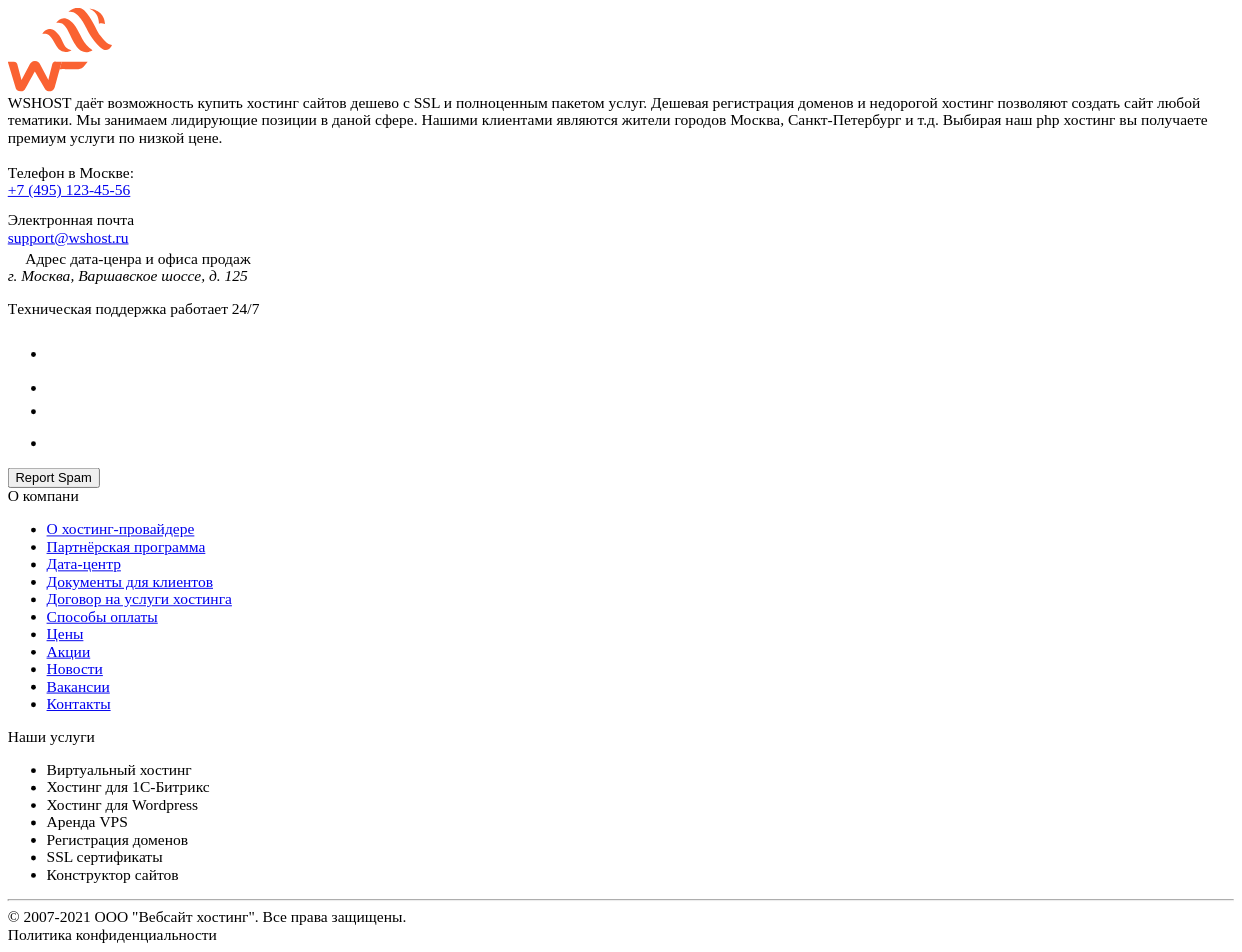
Repository: Inzhir2022/hosting
Page: src/_includes/_footer.html
These files come from the project's save history. The page is drawn as it stood at one moment and after the next save; the edit follows.
The browser window is 1280 px wide. The pictures show the whole page, at 97% of full size.

Above is the page before, as saved 2022-07-18 09:46:11.

### src/_includes/_footer.html
<footer class="footer">
  <div class="container">
    <div class="footer__logo logo">
      <a href="#" class="logo__link">
        <img src="../img/logo.svg" alt="hosting logo">
      </a>
    </div>
    <div class="footer__minitext minitext">
      WSHOST даёт возможность купить хостинг сайтов дешево с SSL и полноценным пакетом услуг. Дешевая регистрация доменов и недорогой хостинг позволяют создать сайт любой тематики. Мы занимаем лидирующие позиции в даной сфере. Нашими клиентами являются жители городов Москва, Санкт-Петербург и т.д. Выбирая наш php хостинг вы получаете премиум услуги по низкой цене.
    </div>
    <div class="footer__contacts">
      <div class="footer__phone phone">
        <span class="footer__icon"><img src="../img/phone.svg" alt="phone icon">
        </span>
        <div class="minitext">Телефон в Москве:</div>
        <a href="tel:84951234556" class="footer__link">+7 (495) 123-45-56</a>
      </div>
      <div class="footer__mail email">
        <span class="footer__icon"><img src="../img/mail.svg" alt="mail icon"></span></a>
        <div class="minitext"> Электронная почта</div>
        <a href="mailto:support@wshost.ru" class="footer__link">support@wshost.ru</a>
      </div>
      <div class="footer__address address">
        <span class="footer__icon"><img src="../img/address.svg" alt="mail icon"></span></a>
        Адрес дата-ценра и офиса продаж
        <address>г. Москва, Варшавское шоссе, д. 125</address>
      </div>
      <p>Tехническая поддержка работает 24/7</p>
    </div>
    <div class="footer__social">
      <ul class="footer__social-list">
        <li class="footer__social-item">
          <a href="#"><img src="../img/twitter.svg" alt="twitter"></a>
        </li>
        <li class="footer__social-item"><a href="#"><img src="../img/instagram.svg" alt="instagram"></a></li>
        <li class="footer__social-item"><a href="#"><img src="../img/vk.svg" alt="vk"></a></li>
        <li class="footer__social-item"><a href="#"><img src="../img/facebook.svg" alt="facebook"></a></li>
      </ul>
    </div>
    <button class="btn btn_small footer__btn">Report Spam</button>
    <nav class="footer__menu menu-about">
      <div class="footer__menu menu-about__header">О компани</div>
      <ul class="footer__menu menu-about__list">
        <li class="footer__menu menu-about__item"><a href="#" class="menu-about__link">О хостинг-провайдере</a></li>
        <li class="footer__menu menu-about__item"><a href="#" class="menu-about__link">Партнёрская программа</a></li>
        <li class="footer__menu menu-about__item"><a href="#" class="menu-about__link">Дата-центр</a></li>
        <li class="footer__menu menu-about__item"><a href="#" class="menu-about__link">Документы для клиентов</a></li>
        <li class="footer__menu menu-about__item"><a href="#" class="menu-about__link">Договор на услуги хостинга</a></li>
        <li class="footer__menu menu-about__item"><a href="#" class="menu-about__link">Способы оплаты</a></li>
        <li class="footer__menu menu-about__item"><a href="#" class="menu-about__link">Цены</a></li>
        <li class="footer__menu menu-about__item"><a href="#" class="menu-about__link">Акции</a></li>
        <li class="footer__menu menu-about__item"><a href="#" class="menu-about__link">Новости</a></li>
        <li class="footer__menu menu-about__item"><a href="#" class="menu-about__link">Вакансии</a></li>
        <li class="footer__menu menu-about__item"><a href="#" class="menu-about__link">Контакты</a></li>
      </ul>
    </nav>
    <nav class="footer__menu menu-services">
      <div class="footer__menu menu-services__header">Наши услуги</div>
      <ul class="menu-services__list">
        <li class="menu-services__item"><a href="#" class="menu-services__link"></a>Виртуальный хостинг</li>
        <li class="menu-services__item"><a href="#" class="menu-services__link"></a>Хостинг для 1С-Битрикс</li>
        <li class="menu-services__item"><a href="#" class="menu-services__link"></a>Хостинг для Wordpress</li>
        <li class="menu-services__item"><a href="#" class="menu-services__link"></a>Аренда VPS</li>
        <li class="menu-services__item"><a href="#" class="menu-services__link"></a>Регистрация доменов</li>
        <li class="menu-services__item"><a href="#" class="menu-services__link"></a>SSL сертификаты</li>
        <li class="menu-services__item"><a href="#" class="menu-services__link"></a>Конструктор сайтов</li>
      </ul>
    </nav>
    <hr class="footer__hr">
    <div class="footer__copyrights">&copy; 2007-2021 ООО "Вебсайт хостинг". Все права защищены.
    </div>
    <div class="footer__policy">Политика конфиденциальности</div>
  </div>
</footer>

After the next save:
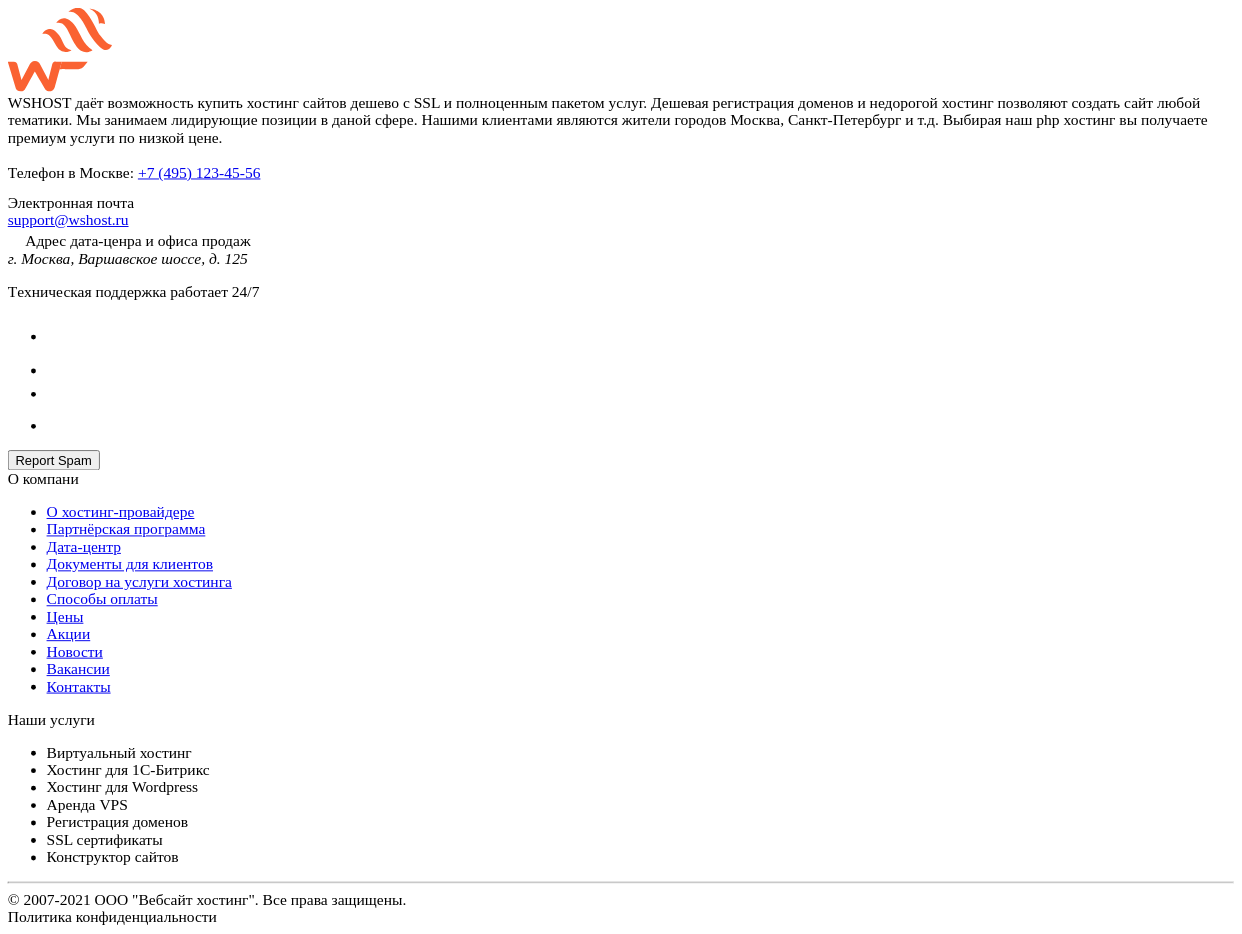
Saved 6 min 53 s later.
--- a/src/_includes/_footer.html
+++ b/src/_includes/_footer.html
@@ -12,8 +12,9 @@
       <div class="footer__phone phone">
         <span class="footer__icon"><img src="../img/phone.svg" alt="phone icon">
         </span>
-        <div class="minitext">Телефон в Москве:</div>
-        <a href="tel:84951234556" class="footer__link">+7 (495) 123-45-56</a>
+        <div class="minitext">Телефон в Москве:
+          <a href="tel:84951234556" class="footer__link">+7 (495) 123-45-56</a>
+        </div>
       </div>
       <div class="footer__mail email">
         <span class="footer__icon"><img src="../img/mail.svg" alt="mail icon"></span></a>

After the save that followed:
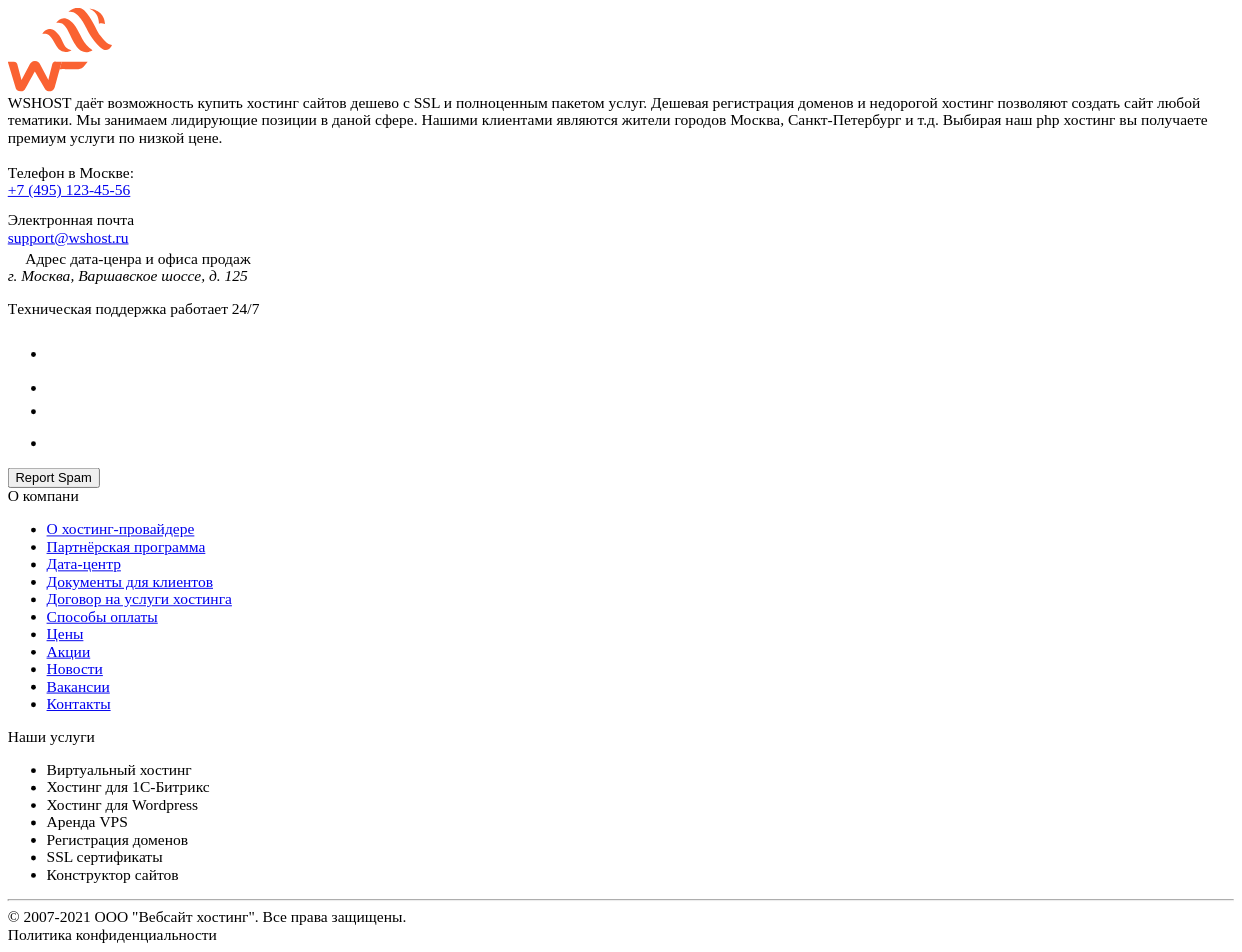
Saved 80 s later.
--- a/src/_includes/_footer.html
+++ b/src/_includes/_footer.html
@@ -12,7 +12,7 @@
       <div class="footer__phone phone">
         <span class="footer__icon"><img src="../img/phone.svg" alt="phone icon">
         </span>
-        <div class="minitext">Телефон в Москве:
+        <div class="minitext">Телефон в Москве: <br>
           <a href="tel:84951234556" class="footer__link">+7 (495) 123-45-56</a>
         </div>
       </div>
